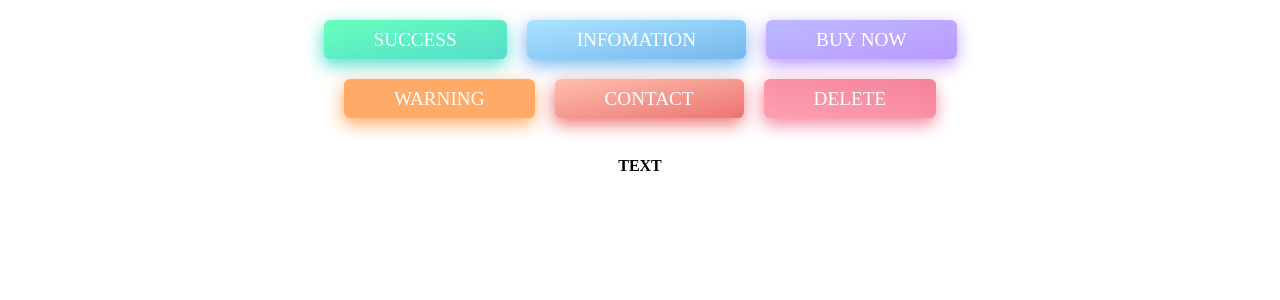
Repository: ThanhPhongsof/Css-Course
Page: index.html
These files come from the project's save history. The page is drawn as it stood at one moment and after the next save; the edit follows.
The browser window is 1280 px wide. The pictures show the whole page.

Above is the page before, as saved 2022-05-16 08:34:23.

After the next save:
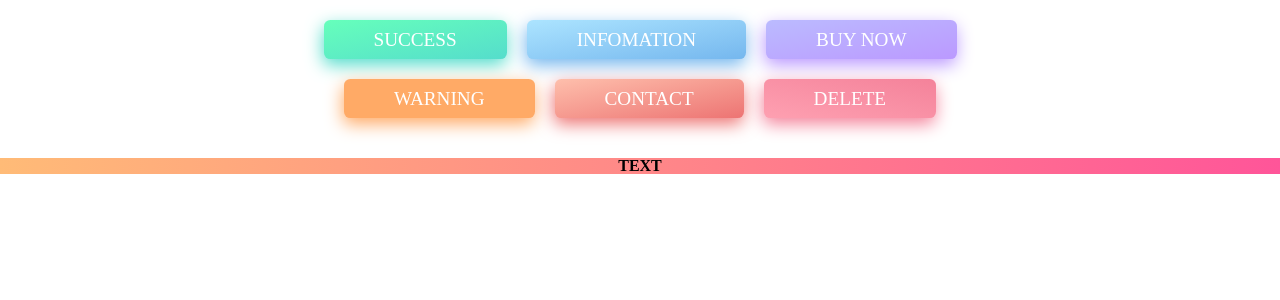
Saved 51 s later.
--- a/styles.css
+++ b/styles.css
@@ -57,6 +57,6 @@
   text-align: center;
 }
 
-.title--primary {
+.tittle--primary {
   background-image: linear-gradient(to right, #fb7, #f59);
 }
